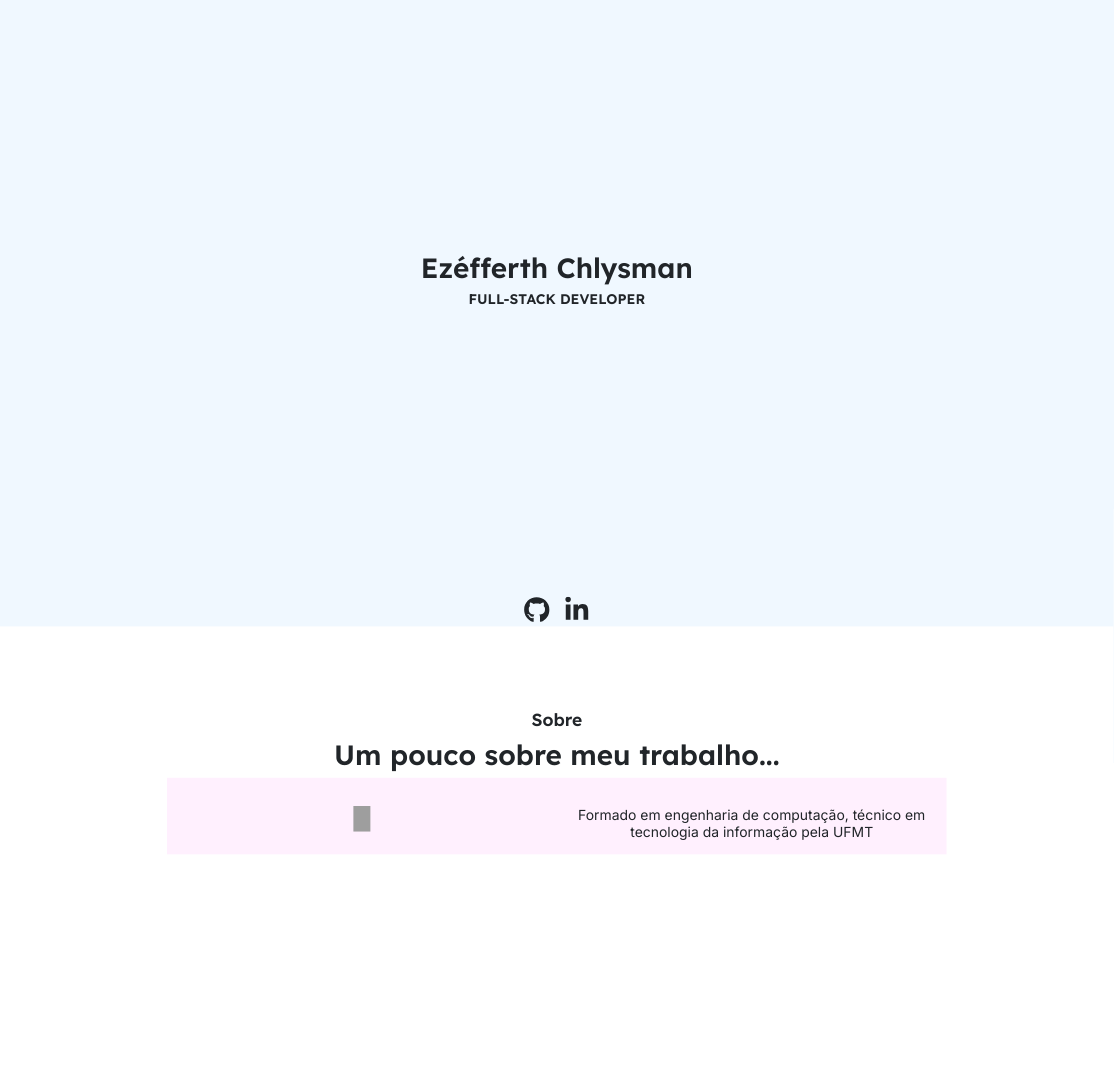
Repository: ezefferth/my-portfolio
Page: /
These files come from the project's save history. The page is drawn as it stood at one moment and after the next save; the edit follows.
The browser window is 1280 px wide. The pictures show the whole page, at 87% of full size.
Pictures or frames that could not be fetched are drawn as grey boxes. The project was rebuilt for these pictures with package versions that can differ from the ones it lists, and the page was loaded fresh each time. The framework's server and built-in components were replaced by stand-ins that run in the browser. Also part of the build but not shown: next.config.js.

Above is the page before, as saved 2022-04-12 21:22:28.

After the next save:
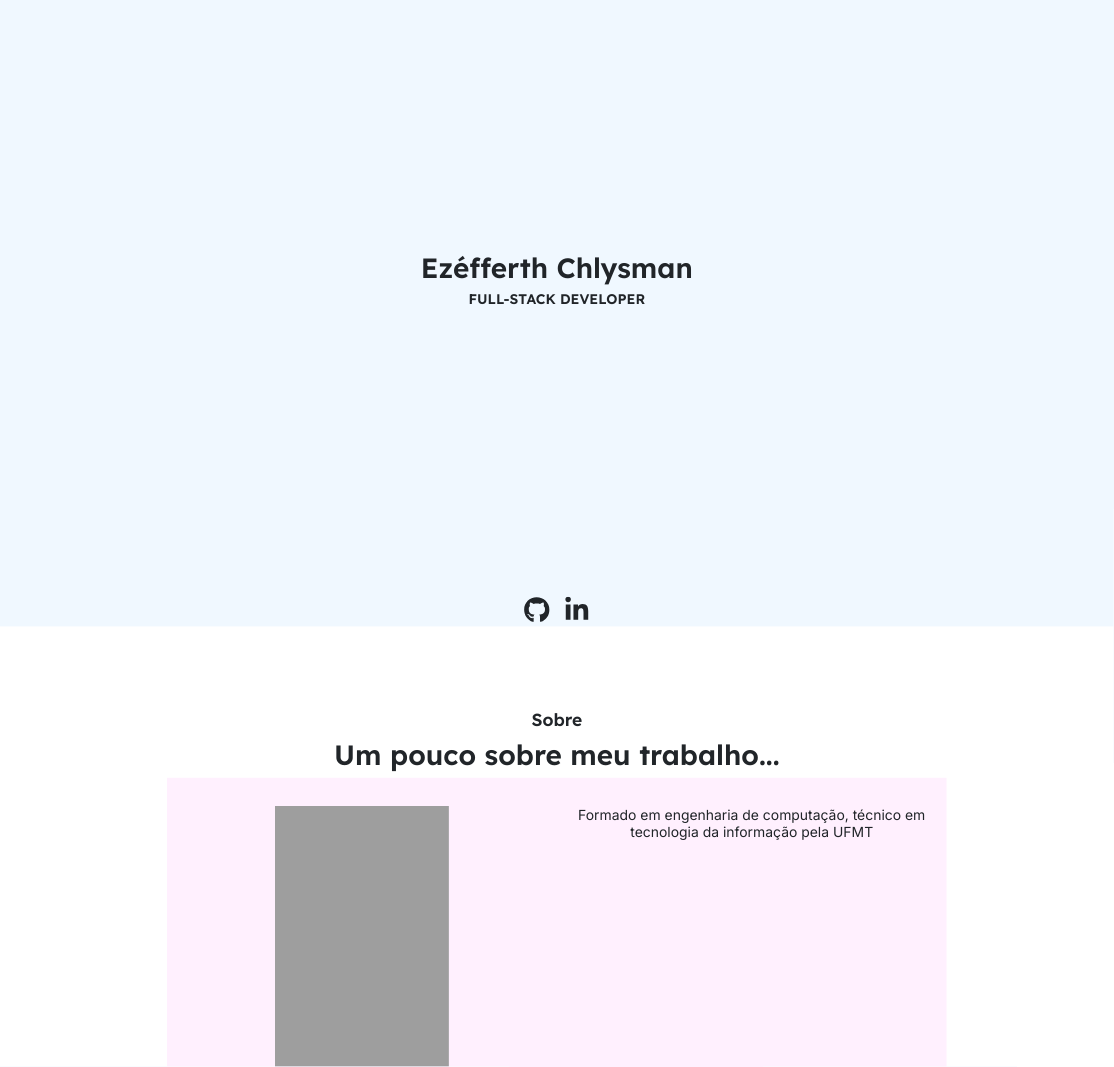
Saved 41 s later.
--- a/src/pages/index.tsx
+++ b/src/pages/index.tsx
@@ -43,8 +43,8 @@ export default function Home() {
           <div className={`col`}>
             <img
               className={styles.profilePic}
-              width='20px'
-              height='30px'
+              width='200px'
+              height='300px'
               src='../../public/img/FotoPerfil.jpg'
               alt='profile'
             />
